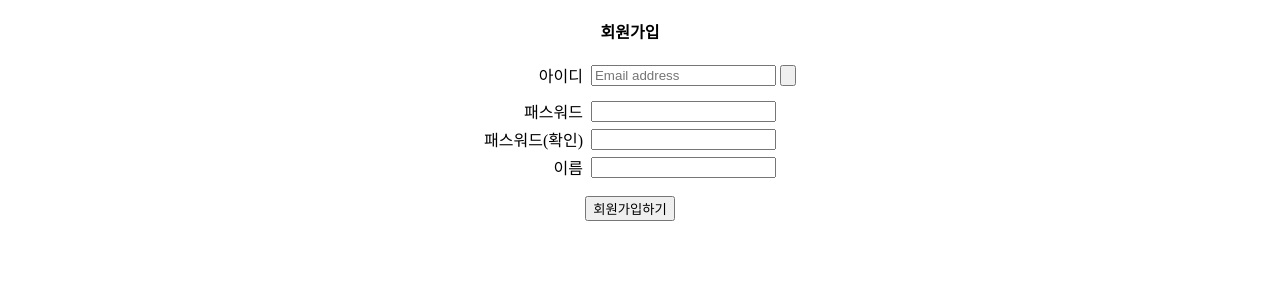
Repository: Dnut0121/2023_JSP
Page: http://localhost/Hello2/signupForm.jsp
The author's editor kept a copy of each file at every save. The page is drawn from the files as they stood at one save, then again after the next save.
The browser window is 1280 px wide. The pictures show the whole page.
The page is served by Tomcat 9.

Above is the page before, as saved 2023-11-29 03:28:27.

After the next save:
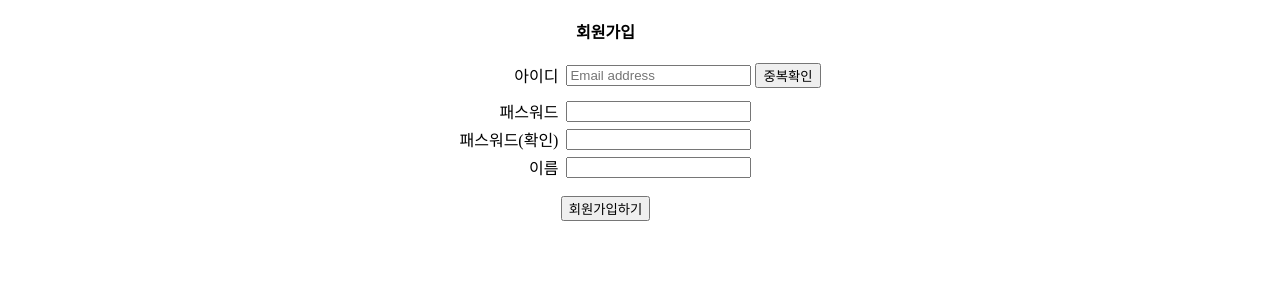
Saved 32 s later.
--- a/201907036_KDH/Hello2/src/main/webapp/signupForm.jsp
+++ b/201907036_KDH/Hello2/src/main/webapp/signupForm.jsp
@@ -13,7 +13,7 @@
 <tr>
     <td align=right>아이디&nbsp;</td>
     <td><input type="text" name="id" placeholder="Email address" required></td>
-    <td colsapn=2 height=40><input type="button" vlaue="중복확인" onclick="id_check()"></td>
+    <td colsapn=2 align=center height=40><input type="button" value="중복확인" onclick="id_check()"></td>
 <script type = "text/javascript">
 	function id_check(id) {
 		if (id=="") {
